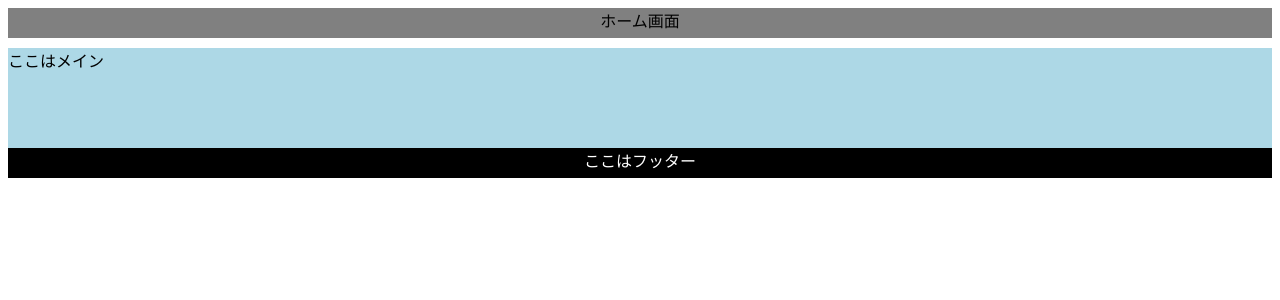
Repository: kousuke-2047/test
Page: http://localhost/Rensyu/index.jsp
The author's editor kept a copy of each file at every save. The page is drawn from the files as they stood at one save, then again after the next save.
The browser window is 1280 px wide. The pictures show the whole page.
The page is served by Tomcat 9.

Above is the page before, as saved 2018-06-04 02:18:25.

After the next save:
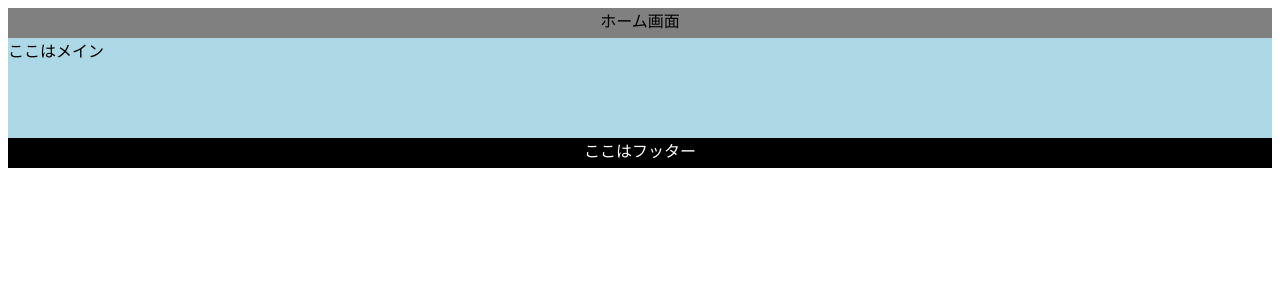
Saved 31 s later.
--- a/Rensyu/WebContent/index.jsp
+++ b/Rensyu/WebContent/index.jsp
@@ -19,7 +19,6 @@ header{
 	width:100%;
 	height:30px;
 	background-color:gray;
-	margin-bottom:10px;
 	text-align:center;
 	color:black;
 }
